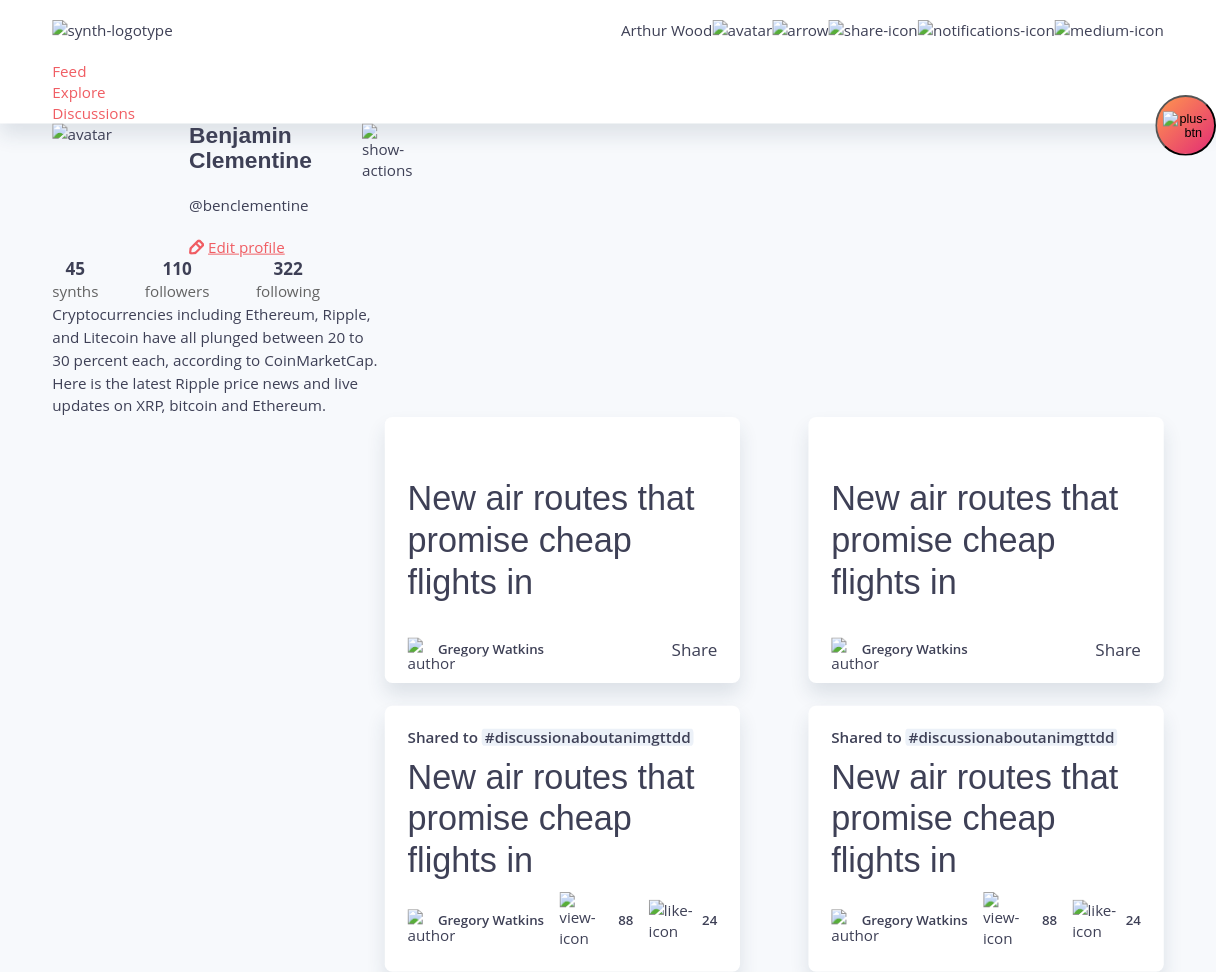
Repository: ecspetra/swivl-test-task
Page: index.html
These files come from the project's save history. The page is drawn as it stood at one moment and after the next save; the edit follows.
The browser window is 1280 px wide. The pictures show the whole page, at 95% of full size.

Above is the page before, as saved 2021-12-09 21:14:24.

After the next save:
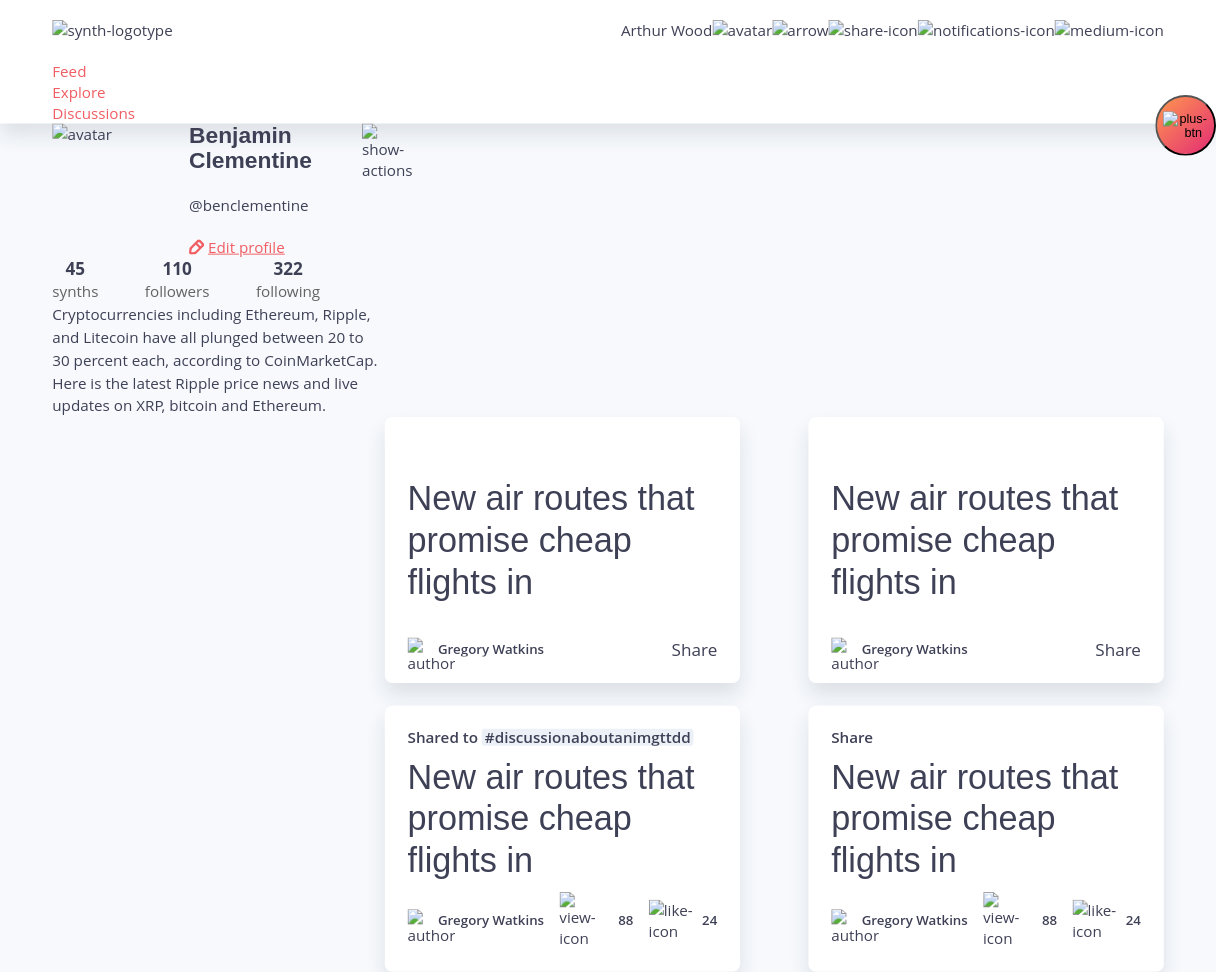
Saved 26 s later.
--- a/index.html
+++ b/index.html
@@ -136,7 +136,7 @@
                         </div>
                     </article>
                     <article class="profile-card">
-                        <p class="profile-card__top">Shared to <span>#discussionaboutanimgttdd</span></p>
+                        <p class="profile-card__top">Share</p>
                         <h1 class="profile-card__headline">New air routes that promise cheap flights in</h1>
                         <div class="profile-card__bottom">
                             <div class="profile-card__author-wrapper">
